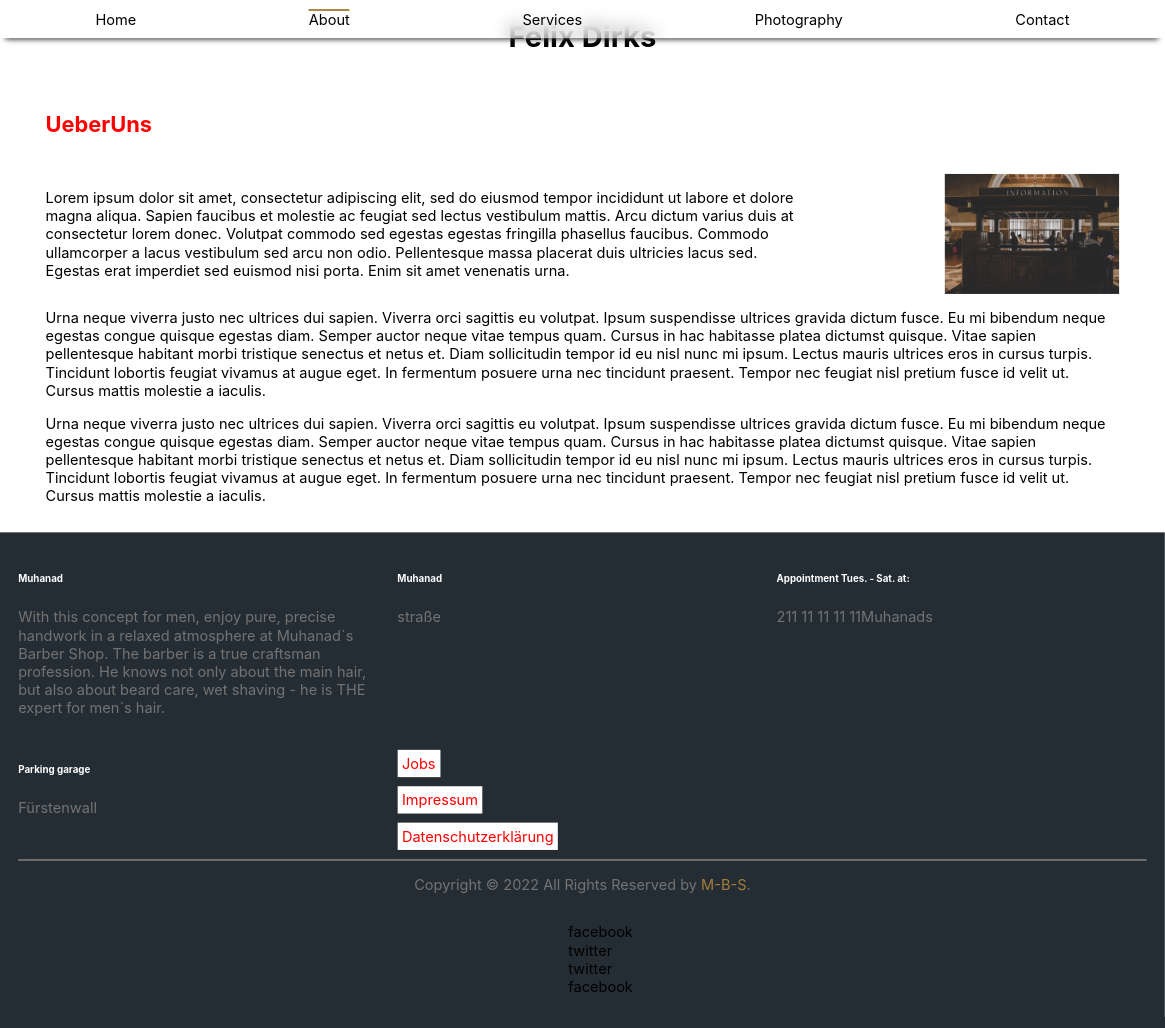
Repository: muhanad-musawi/backend-projekt-frondend
Page: /About (app in pohtographer/)
These files come from the project's save history. The page is drawn as it stood at one moment and after the next save; the edit follows.
The browser window is 1280 px wide. The pictures show the whole page, at 91% of full size.
The project was rebuilt for these pictures with package versions that can differ from the ones it lists, and the page was loaded fresh each time. The framework's server and built-in components were replaced by stand-ins that run in the browser. Also part of the build but not shown: pohtographer/next.config.js.

Above is the page before, as saved 2022-03-27 16:10:13.

### pohtographer/pages/_app.js
import '../styles/globals.css'
import Layout from '../layouts/default'

function MyApp({ Component, pageProps }) {


  const getLayout = Component.getLayout
  || ((page) => (<Layout>{page}</Layout>))

  return  getLayout (<Component {...pageProps} />


  )

}

export default MyApp

### pohtographer/pages/About.jsx

import styles from '../styles/main.module.css'
import Image from 'next/image'
import imgA from '../img/philip-strong-iOBTE2xsYko-unsplash.jpg'


function UeberUns() {
  return (
    <div>

    <div className={styles.mainContent}  >

    <h2 className={styles.hTwo} >UeberUns</h2>

    <div  className={styles.imgText} >
    <p className={styles.text} >Lorem ipsum dolor sit amet, consectetur adipiscing elit, sed do eiusmod tempor incididunt ut labore et dolore magna aliqua. Sapien faucibus et molestie ac feugiat sed lectus vestibulum mattis. Arcu dictum varius duis at consectetur lorem donec. Volutpat commodo sed egestas egestas fringilla phasellus faucibus. Commodo ullamcorper a lacus vestibulum sed arcu non odio. Pellentesque massa placerat duis ultricies lacus sed. Egestas erat imperdiet sed euismod nisi porta. Enim sit amet venenatis urna.
    </p>
    <Image width={192}  height={118} src={imgA} alt="" />
    </div>

    <p  className={styles.text}>Urna neque viverra justo nec ultrices dui sapien. Viverra orci sagittis eu volutpat. Ipsum suspendisse ultrices gravida dictum fusce. Eu mi bibendum neque egestas congue quisque egestas diam. Semper auctor neque vitae tempus quam. Cursus in hac habitasse platea dictumst quisque. Vitae sapien pellentesque habitant morbi tristique senectus et netus et. Diam sollicitudin tempor id eu nisl nunc mi ipsum. Lectus mauris ultrices eros in cursus turpis. Tincidunt lobortis feugiat vivamus at augue eget. In fermentum posuere urna nec tincidunt praesent. Tempor nec feugiat nisl pretium fusce id velit ut. Cursus mattis molestie a iaculis.</p>

    <p className={styles.text}>
    Urna neque viverra justo nec ultrices dui sapien. Viverra orci sagittis eu volutpat. Ipsum suspendisse ultrices gravida dictum fusce. Eu mi bibendum neque egestas congue quisque egestas diam. Semper auctor neque vitae tempus quam. Cursus in hac habitasse platea dictumst quisque. Vitae sapien pellentesque habitant morbi tristique senectus et netus et. Diam sollicitudin tempor id eu nisl nunc mi ipsum. Lectus mauris ultrices eros in cursus turpis. Tincidunt lobortis feugiat vivamus at augue eget. In fermentum posuere urna nec tincidunt praesent. Tempor nec feugiat nisl pretium fusce id velit ut. Cursus mattis molestie a iaculis.
    </p>

  </div>

  </div>
  )
}

export default UeberUns

### pohtographer/styles/globals.css
html,
body {
  padding: 0;
  margin: 0;
  font-family: -apple-system, BlinkMacSystemFont, Segoe UI, Roboto, Oxygen,
    Ubuntu, Cantarell, Fira Sans, Droid Sans, Helvetica Neue, sans-serif;
}

a {
  color: inherit;
  text-decoration: none;
}

* {
  box-sizing: border-box;
}

### pohtographer/layouts/default.jsx

import Header from '../components/Header'

import Footer from '../components/Footer'
import Head from 'next/head'


function Layout ({children}) {
  return (
    <div>
       <Header/>
       <Head>
        <title>my-App</title>
        <meta name="description" content="Generated by create next app" />
        <link rel="icon" href="/favicon.ico" />
      </Head>
      {children}
      <Footer/>
    </div>
  )
}

export default Layout

### pohtographer/styles/main.module.css


.mainContent{
  margin: 30px 50px;
}

.hTwo {
  color: red;
  margin: 40px 0px;
}

.text{
  text-align: left;


}

.imgText{
  display: flex;
  justify-content: space-between;
}

.imgText p {
  width: 70%;
 }

### pohtographer/components/Header.jsx
import Link from 'next/link'
import Image from 'next/image'
import home from '../img/home.svg'
import about from '../img/about.svg'
import service from '../img/service.svg'
import experience from '../img/experience.svg'
import contact from '../img/contact.svg'

import styles from '../styles/Header.module.css'
import { useRouter } from "next/router";



function Header() {

  const router = useRouter();

  return (
    <div className={styles.navbarCenter} >
      <h1 className={styles.logoName}>Felix Dirks</h1>
    <div className={styles.headerLinks}>

        <Link href="/">
          <a className={router.pathname == "/" ? styles.active : ""}><span className={styles.desktopVersion}>Home</span>
        <span className={styles.mobileVersion}>

          <span className={styles.img}> <Image  src={home} alt="home" /></span>


        </span></a>
        </Link>

        <Link href="/About">
          <a className={router.pathname == "/About" ? styles.active : ""}>
          <span className={styles.desktopVersion}>About</span>
        <span className={styles.mobileVersion}>


        <span className={styles.img} ><Image   src={about} alt="about" /></span>

        </span>
          </a>
        </Link>

        <Link href="/Services">
          <a className={router.pathname == "/Services" ? styles.active  : ""}>
          <span className={styles.desktopVersion}>Services</span>
        <span className={styles.mobileVersion}>

          <span className={styles.img}><Image  src={service} alt="service" /></span>


        </span>
          </a>
        </Link>

        <Link href="/Photography">
          <a className={router.pathname == "/Photography" ? styles.active  : ""}>
          <span className={styles.desktopVersion}>Photography</span>
        <span className={styles.mobileVersion}>

          <span className={styles.img} > <Image  src={home} alt="home" /></span>


        </span>
          </a>
        </Link>

        <Link href="/Contact">
          <div className={router.pathname == "/Contact" ? styles.active : ""}>
          <span className={styles.desktopVersion}>Contact</span>

        <span className={styles.mobileVersion}>

          <span className={styles.img} ><Image  src={contact} alt="contact" /></span>

        </span>
          </div>
        </Link>

        </div>

    </div>
  )
}

export default Header

### pohtographer/components/Footer.jsx
import Link from "next/link";
import styles from "../styles/Footer.module.css";

function Footer() {
  return (
    <div className={styles.footer}>

    <div className={styles.startFooter}>
      <div className={styles.conceptText}>
        <h6>Muhanad</h6>
        <p>
          With this concept for men, enjoy pure, precise handwork in a relaxed
          atmosphere at Muhanad`s Barber Shop. The barber is a true craftsman
          profession. He knows not only about the main hair, but also about
          beard care, wet shaving - he is THE expert for men`s hair.
        </p>
      </div>

      <div className={styles.adresseLink}>
        <h6>Muhanad</h6>
        <div>
          <Link href="'">straße</Link>
        </div>
      </div>

      <div className={styles.openingContactDetails}>
        <h6>Appointment Tues. - Sat. at:</h6>
        <div>
          <Link href="'">211 11 11 11 11</Link>
          <Link href="'">Muhanads</Link>
        </div>
      </div>

      <div className={styles.parkingGarage}>
        <h6>Parking garage</h6>
        <div>
          <Link href="'">Fürstenwall</Link>
        </div>
      </div>

      <div className={styles.jobsImpressumDatenschutzerklärungLink}>
      <div><Link href="#1">Jobs</Link></div>
      <div><Link href="#2">Impressum</Link></div>
       <div><Link href="#3">Datenschutzerklärung</Link></div>
      </div>
       </div>


      <div className={styles.endFooter}>

        <div className={styles.copyrightLink}>
          <p>
           Copyright &copy; 2022 All Rights Reserved by
           <span className={styles.link}><Link href="#">  M-B-S</Link></span>.
          </p>
        </div>

        <div className={styles.socialMedia}>
          <ul className={styles.socialMediaUl}>
            <li>
              <span><Link href="#">facebook</Link></span>

            </li>
            <li>
              <span><Link href="#">twitter</Link></span>

            </li>
            <li>
              <span><Link href="#">twitter </Link></span>

            </li>
            <li>
              <span><Link href="#">facebook</Link></span>
            </li>
          </ul>
        </div>
      </div>
    </div>
  );
}

export default Footer;

### pohtographer/styles/Header.module.css
/*
$color-white:#ffffff;
$footer-color:#737373;
$color-gold:#a57d38;
$color-dark:#242d34;
*/




.navbarCenter {
  width: 100%;
  display: flex;
  justify-content: center;

}

.headerLinks {
  -webkit-backdrop-filter: blur(10px);
  backdrop-filter: blur(10px);
  background-color: rgba(255, 255, 255, 0.5);

  margin: auto auto;
  padding: 10px;
  margin-bottom: 50px;
  display: flex;
  justify-content: space-around;
  align-items: center;

  border-radius: 40px;
  overflow: hidden;
  position: fixed;
  bottom: 0;
  width: 85%;
}

.mobileVersion {
  display: flex;
  justify-content: center;
  align-items: center;
  visibility: visible;
  border: 1px solid #a57d38;
  border-radius: 60%;
}

.mobileVersion:hover {
  border: 1px solid #a57d38;
  background-color: #242d34;
  border-radius: 60%;
}

.active {
  background-color: #242d34;
  border-radius: 60%;
  border: 2px solid #a57d38;
}

.img {
  width: 40px;
  margin: 5px;
  margin-left: 10px;
  margin-right: 10px;
  margin-top: 10px;
}

.desktopVersion {
  display: none;
  visibility: hidden;
}



@media screen and (min-width: 1024px) {

  .navbarCenter {

    position: sticky;
    overflow: hidden;
    z-index: 2;
    top: 0;

    width: 100%;
  }


  .headerLinks {
    width: 100%;
    -webkit-backdrop-filter: blur(10px);
    backdrop-filter: blur(10px);
    background-color: rgba(255, 255, 255, 0.5);


    justify-content: space-around;
    margin-top: 0px;
    margin-bottom: 0px;
    border-radius: 0;
    bottom: unset;


    -webkit-box-shadow: 0 8px 6px -6px #242d34;
    -moz-box-shadow: 0 8px 6px -6px #242d34;
    box-shadow: 0 8px 6px -6px #242d34;
  }


  .active {

    background-color: initial;
    border-radius: 0;
    border: none;
    border-top: 2px solid #a57d38;
  }

  .mobileVersion {
    display: none;
    visibility: hidden;
  }

  .desktopVersion {


    display: block;
    visibility: visible;
  }




}

### pohtographer/styles/Footer.module.css


.footer {
  width: 100%;
  padding: 20px;
  background-color: rgba(36,45,52,1);
}

.startFooter {
  display: grid;
  grid-template-columns: 1fr;
  grid-template-rows: 1fr;
}

.conceptText h6{
  color: #ffffff;

}

.conceptText p {
  color: #737373;
}

.adresseLink h6{
  color: #ffffff;
}

.adresseLink div{
  color: #737373;
}

.openingContactDetails h6{
  color: #ffffff;
}

.openingContactDetails div{
  color: #737373;
}

.parkingGarage h6{
  color: #ffffff;
}

.parkingGarage div {
  color: #737373;
}

.jobsImpressumDatenschutzerklärungLink  div {
  margin: 10px 0;
  padding: 5px 5px;
  color: red;
  background-color: #ffffff;
  width: max-content;
}


.copyrightLink {
  color: #737373;
  display: flex;

}

.link {
  color: #a57d38;
}

.endFooter {
  width: 100%;
  display: flex;
  justify-content: space-between;
  flex-direction: column;
  align-items: center;
  border-top: 2px solid  #737373;
}

.socialMedia {
 text-align: center;
}

.socialMediaUl {
  list-style: none;

}

.socialMediaUl li {
  margin: 0;
  display: flex;
  justify-content: space-between;

}


@media screen and (min-width: 700px) {

  .startFooter {
    display: grid;
    grid-template-columns: 1fr 1fr ;
    grid-template-rows: auto;
    column-gap: 10px;
    row-gap: 10px;
  }

  .socialMediaUl li {
    margin: 0 10px
  }

}

@media screen and (min-width: 1000px) {

  .startFooter {
    display: grid;
    grid-template-columns: 1fr 1fr 1fr;
    grid-template-rows: auto;

  }


}

After the next save:
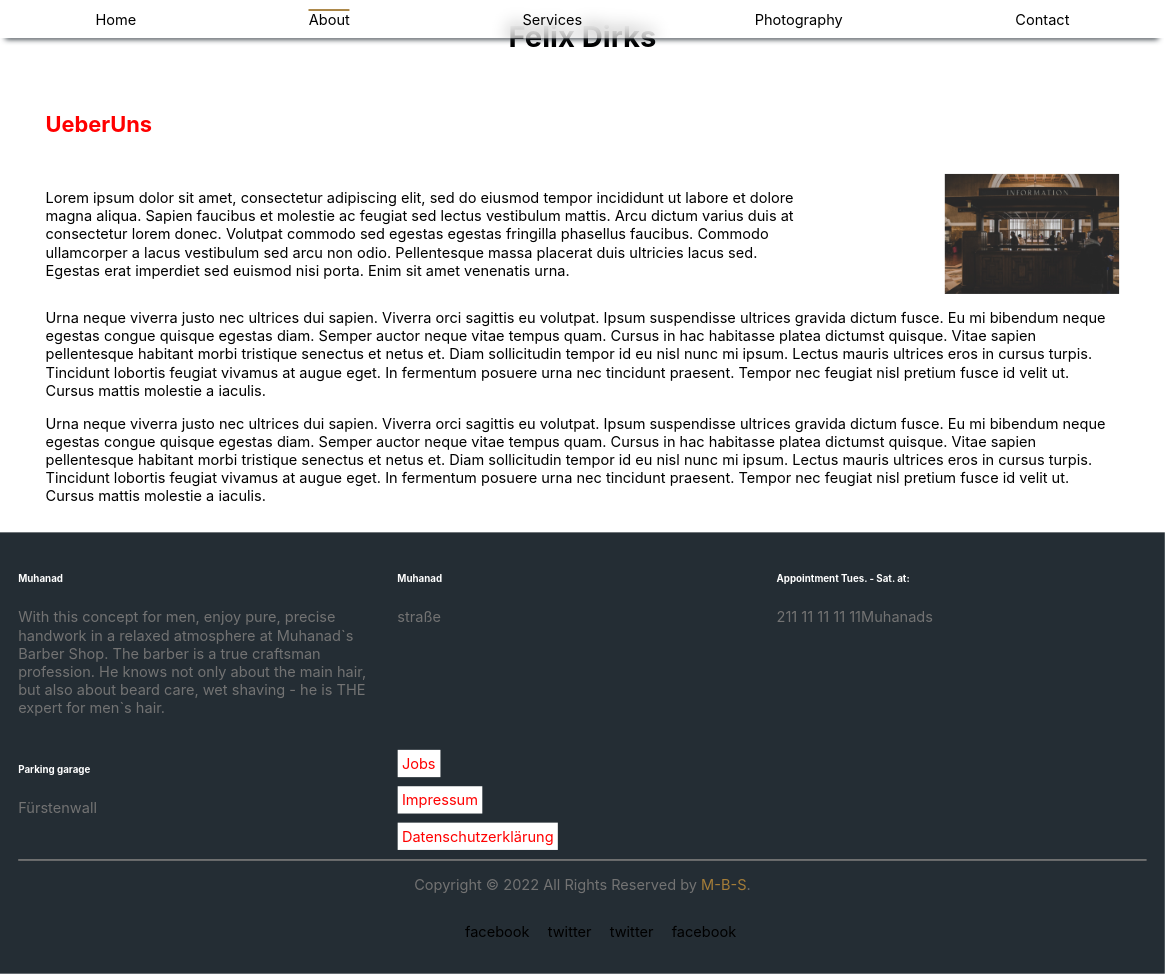
Saved 19 s later.
--- a/pohtographer/styles/Footer.module.css
+++ b/pohtographer/styles/Footer.module.css
@@ -79,7 +79,8 @@
 
 .socialMediaUl {
   list-style: none;
-
+  display: flex;
+  justify-content: space-between;
 }
 
 .socialMediaUl li {
